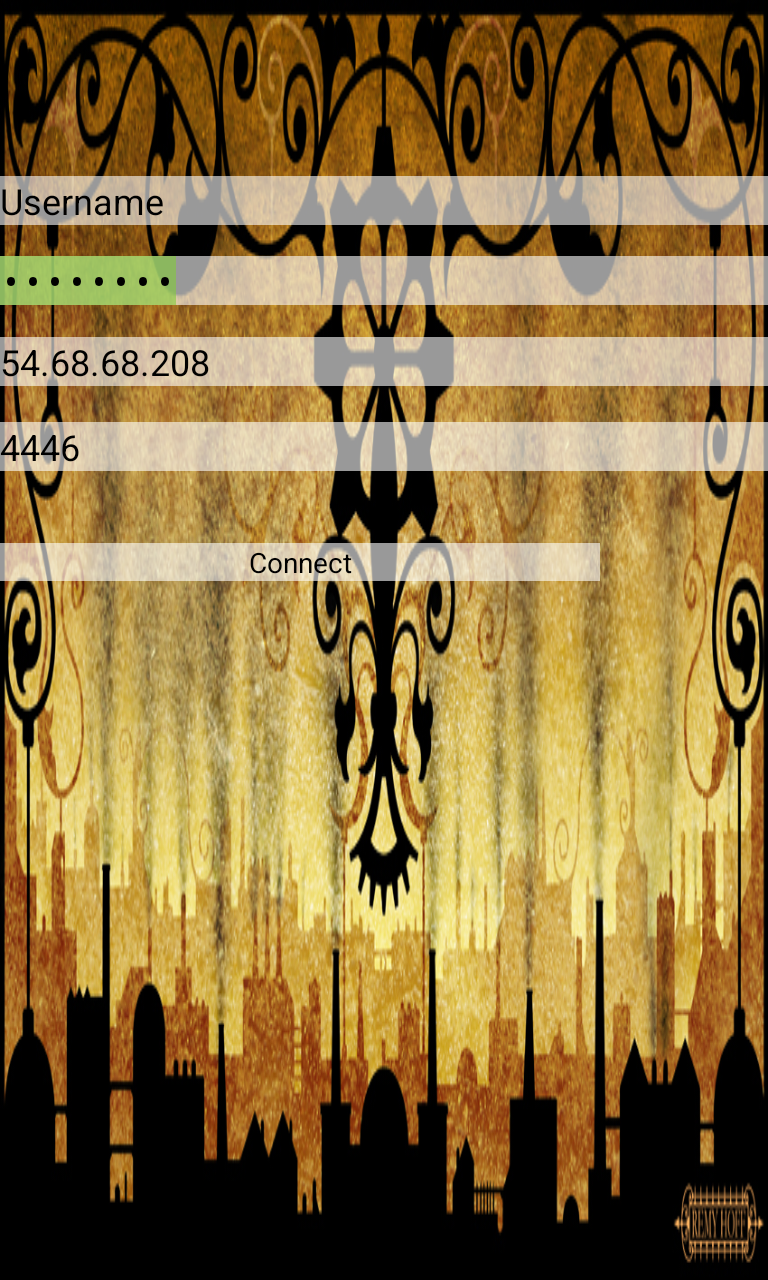
Repository: jkrepps/CSCE-482
Layout: Mobile Client (eclipse)/Industry of Deciet/res/layout/mains.xml
An editor plug-in stored every save of this project. The layout is shown before and after the next save, followed by the edit.
It is drawn on a 768 x 1280 px phone screen (xhdpi) without system bars, with theme AppTheme; the app's code is not run.

Above is the layout before, as saved 2014-12-03 10:44:46.

After the next save:
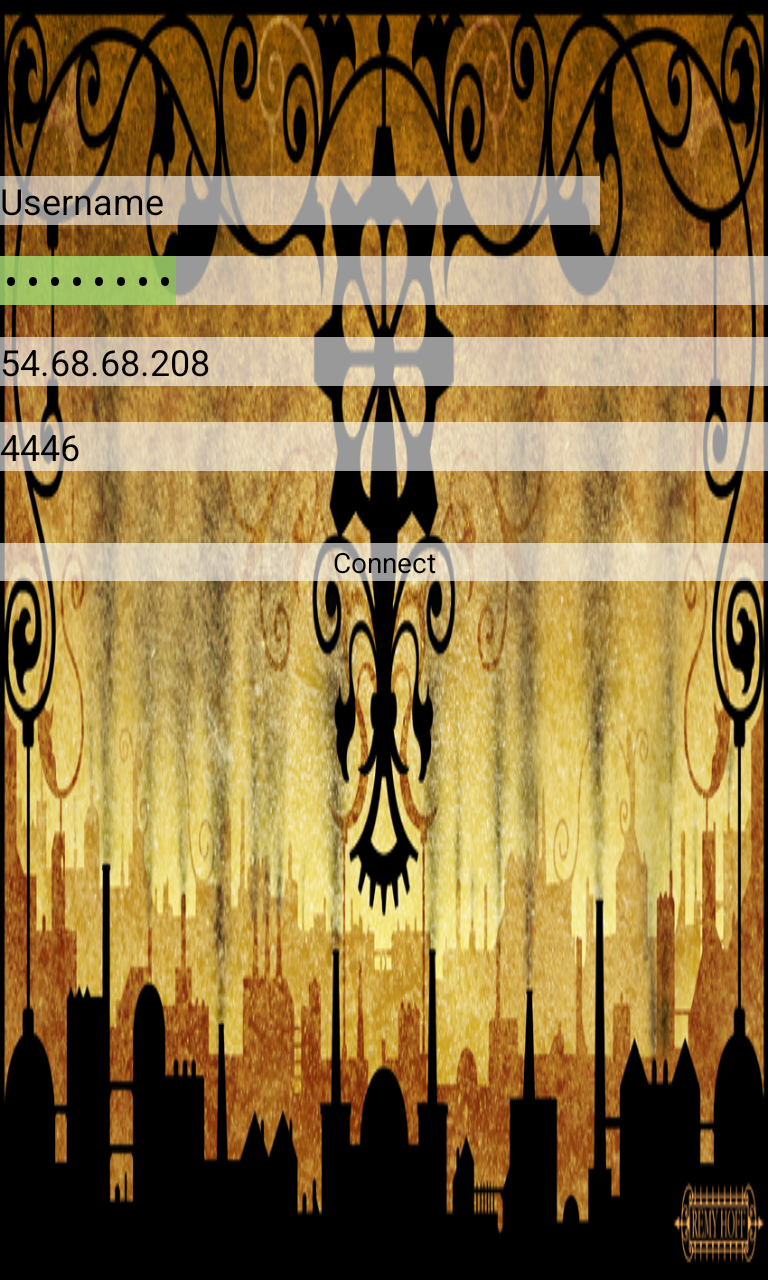
Saved 24 s later.
--- a/Mobile Client (eclipse)/Industry of Deciet/res/layout/mains.xml
+++ b/Mobile Client (eclipse)/Industry of Deciet/res/layout/mains.xml
@@ -67,7 +67,7 @@
 
         <Button
             android:id="@+id/button1"
-            android:layout_width="300dp"
+            android:layout_width="match_parent"
             android:layout_height="wrap_content"
             android:layout_alignParentLeft="true"
             android:layout_below="@+id/editText4"
@@ -79,7 +79,7 @@
         <EditText
             android:id="@+id/editText1"
             android:style="@drawable/roundededittext"
-            android:layout_width="match_parent"
+            android:layout_width="300dp"
             android:layout_height="wrap_content"
             android:layout_alignBottom="@+id/editText2"
             android:layout_alignParentLeft="true"
